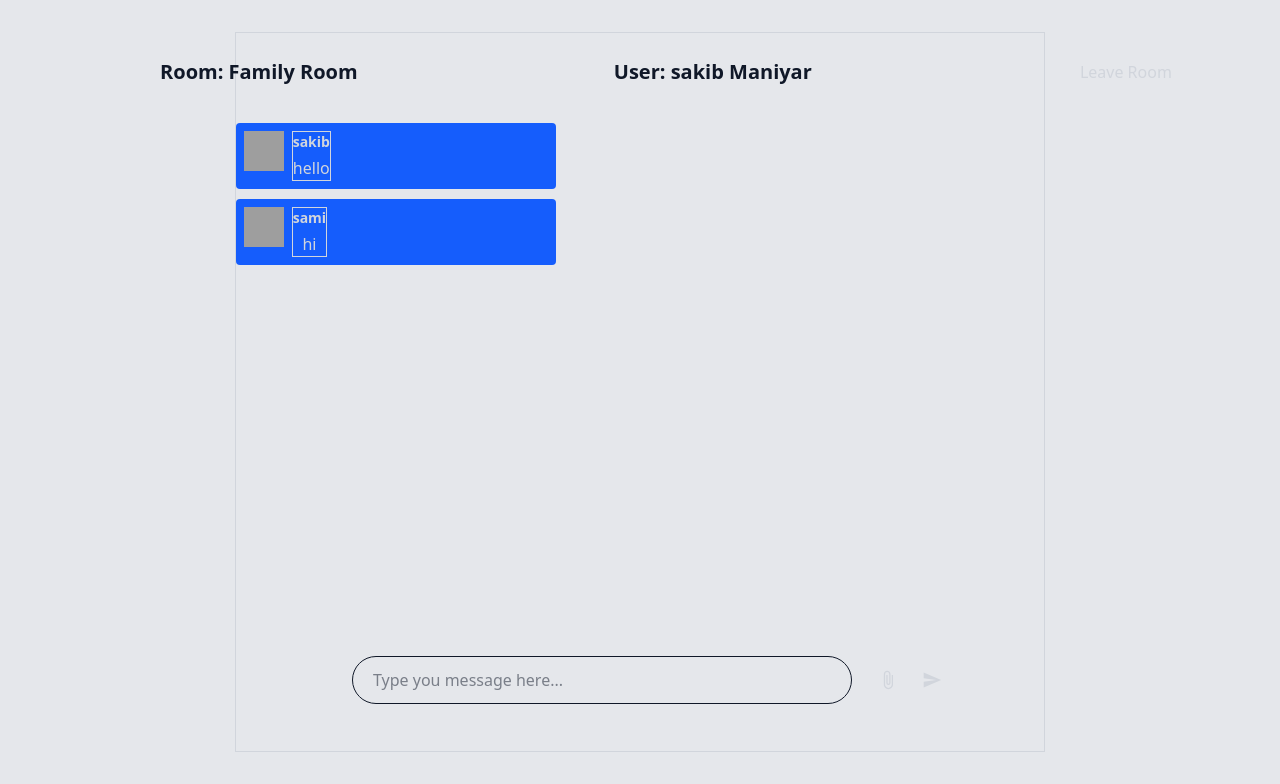
Repository: Saquib45/ChatApplication
Page: /chat (app in front-chat/)
These files come from the project's save history. The page is drawn as it stood at one moment and after the next save; the edit follows.
The browser window is 1280 px wide. The pictures show the whole page.
Pictures or frames that could not be fetched are drawn as grey boxes. The project was rebuilt for these pictures with package versions that can differ from the ones it lists, and the page was loaded fresh each time. Also part of the build but not shown: front-chat/vite.config.js, front-chat/src/components/JoinCreateChat.jsx, front-chat/src/App.jsx.

Above is the page before, as saved 2025-04-12 22:06:14.

### front-chat/index.html
<!doctype html>
<html lang="en" class="dark">
  <head>
    <meta charset="UTF-8" />
    <link rel="icon" type="image/svg+xml" href="/vite.svg" />
    <meta name="viewport" content="width=device-width, initial-scale=1.0" />
    <title>Room Chat App</title>
  </head>
  <body class="h-screen bg-gray-200 text-gray-900 dark:bg-gray-950 dark:text-gray-400">
    <div id="root"></div>
    <script type="module" src="/src/main.jsx"></script>
  </body>
</html>

### front-chat/src/main.jsx
import { StrictMode } from 'react'
import { createRoot } from 'react-dom/client'
import './index.css'
import { BrowserRouter} from 'react-router'
import AppRoutes from "./config/routes.jsx"
import { Toaster } from 'react-hot-toast'

createRoot(document.getElementById('root')).render(
  <StrictMode>
    <BrowserRouter>
      <Toaster/>
      <AppRoutes/>
    </BrowserRouter>
  </StrictMode>,
)

### front-chat/src/config/routes.jsx

import React from "react";
import { Routes,Route } from "react-router";
import App from "../App.jsx";
import ChatPage from "../components/ChatPage.jsx";
const AppRoutes = () => {
  return (
    <Routes>
        <Route path="/" element={<App />} />
        <Route path="/chat" element={<ChatPage/>} />
        <Route path="/about" element={<h1>This is about page</h1>} />
        <Route path="*" element={<h1>404 Not Found</h1>} />

      </Routes>
  );
}
export default AppRoutes;

### front-chat/src/components/ChatPage.jsx
import React from "react";
import {MdAttachFile, MdSend} from "react-icons/md";
import { useState ,useRef } from "react";

function ChatPage() {

    const [messages,setMessages]=useState([{content:"hello",sender:"sakib"},{content:"hi",sender:"sami"} ]);
    const [input,setInput]=useState("");
    const inputRef=useRef(null);
    const chatBoxRef=useRef(null);
    const [stompClient,setStompClient]=useState(null);
    const [roomId,setRoomId]=useState("");


    return(
        <div className="">
            {/* Header of the page */}
            <header className=" dark:border-gray-700 fixed w-full dark:bg-gray-900 py-5 flex justify-around items-center">

                {/* room name container */}
                <div>
                    <h1 className="text-xl font-semibold">Room: <span>Family Room</span></h1>
                </div>

                {/* username container */}
                <div>
                    <h1 className="text-xl font-semibold">
                        User: <span>sakib Maniyar</span>
                    </h1>
                </div>

                {/* button: leave room container */}
                <div>
                    <button className="dark:bg-red-500 hover:dark:bg-red-700 px-3 py-2 rounded-full text-gray-300">Leave Room</button>
                </div>
            </header>

            {/* chat container */}
            <main className="py-20 border w-2/3 dark:bg-slate-600 text-gray-300  mx-auto h-screen overflow-auto">
                {
                    messages.map((message,index)=>(

                        <div key={index} className="">
                            <div  className="my-2.5 bg-blue-600 max-w-xs p-2 rounded">
                                <div className="flex flex-row gap-2">
                                    <img className="h-10 w-10" src="https://avatar.iran.liara.run/public/43" alt="" />
                                    <div className="border flex flex-col gap-1">
                                        <p className="text-sm font-bold">{message.sender}</p>
                                        <p>{message.content}</p>
                                    </div>

                                </div>
                            </div>
                        </div>

                    ))
                }
            </main>


            {/* input message container */}
            <div className="fixed bottom-4 w-full h-12">
                <div className="h-full gap-4 pr-10 flex items-center justify-between  dark:border-gray-600 dark:bg-gray-900 rounded-full w-1/2 mx-auto">

                    <input type="text" placeholder="Type you message here..."

                        className="dark:border-gray-600  w-full border dark:bg-gray-800 rounded-full px-5 py-2 h-full  focus:outline-none"

                    />

                    <div className="flex gap-1">
                    <button className="dark:bg-purple-600  text-gray-300 h-10 w-10 flex justify-center items-center hover:dark:bg-purple-700 rounded-full">
                        <MdAttachFile size={20}/>
                    </button>
                    <button className="dark:bg-green-700  text-gray-300 h-10 w-10 flex justify-center items-center hover:dark:bg-green-800 rounded-full">
                        <MdSend size={20}/>
                    </button>
                    </div>
                </div>
            </div>
        </div>
    )
}

export default ChatPage;

Loaded but not shown: front-chat/src/index.css (common file); front-chat/src/App.css (common file)

After the next save:
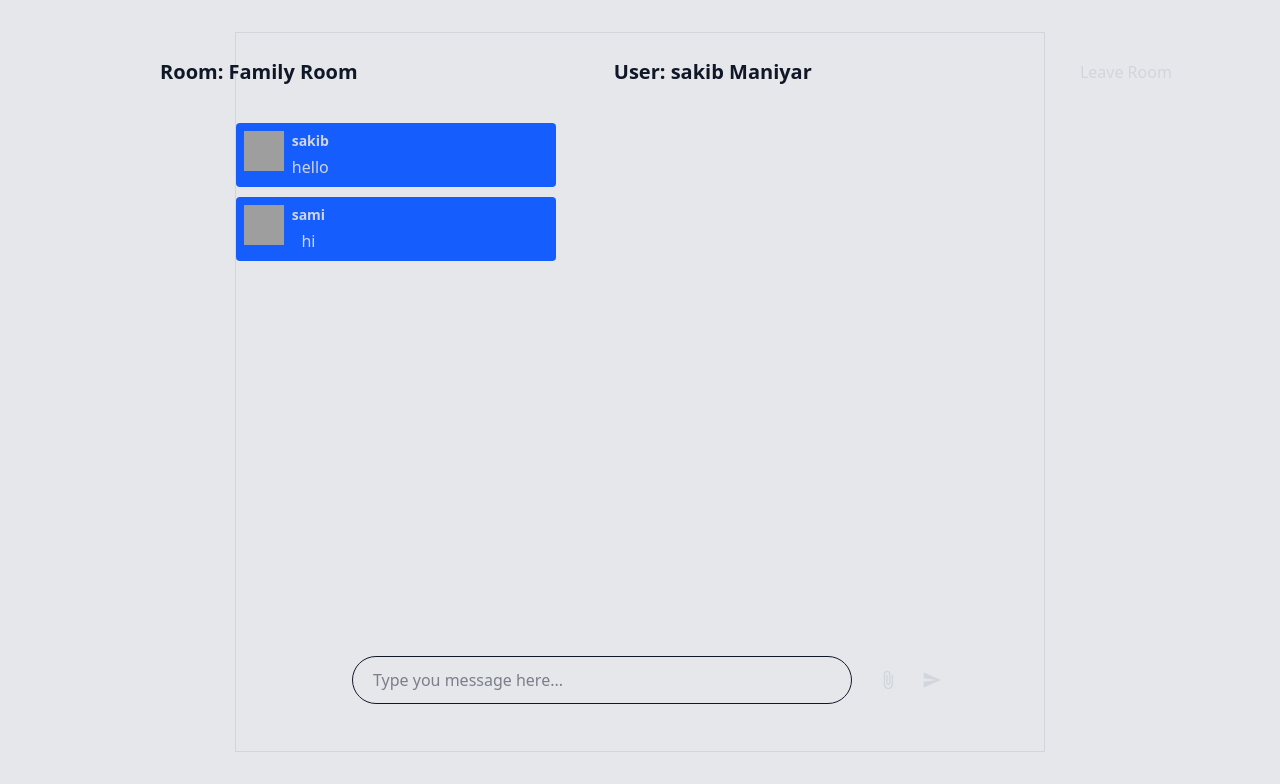
Saved 33 s later.
--- a/front-chat/src/components/ChatPage.jsx
+++ b/front-chat/src/components/ChatPage.jsx
@@ -44,7 +44,7 @@ function ChatPage() {
                             <div  className="my-2.5 bg-blue-600 max-w-xs p-2 rounded">
                                 <div className="flex flex-row gap-2">
                                     <img className="h-10 w-10" src="https://avatar.iran.liara.run/public/43" alt="" />
-                                    <div className="border flex flex-col gap-1">
+                                    <div className=" flex flex-col gap-1">
                                         <p className="text-sm font-bold">{message.sender}</p>
                                         <p>{message.content}</p>
                                     </div>
